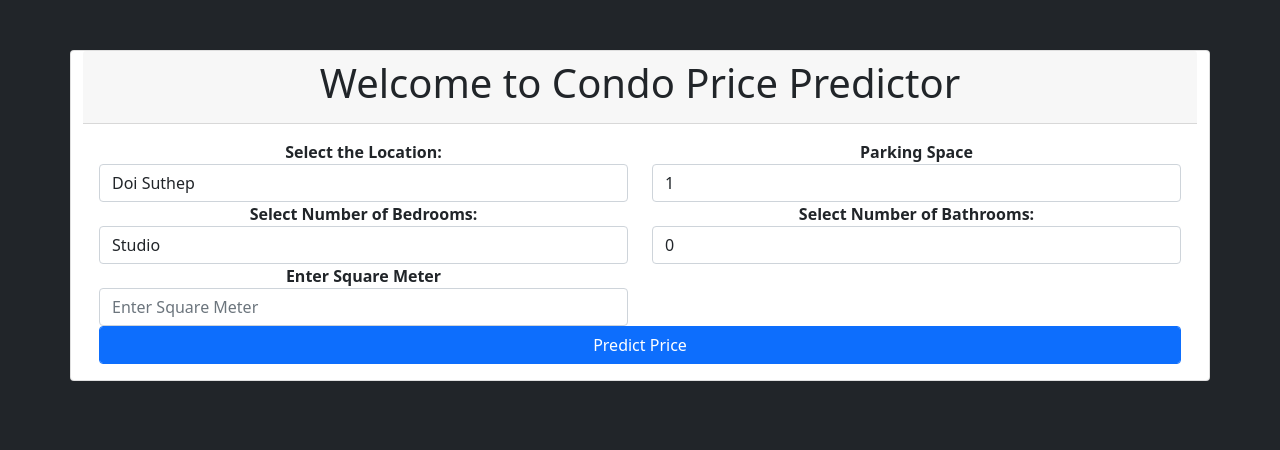
Repository: myothida/condoprice_CNX
Page: http://localhost/
An editor plug-in stored every save of this project. The page is shown before and after the next save, followed by the edit.
The browser window is 1280 px wide. The pictures show the whole page.
The page is served by the project's application, run on Flask 3 (main.py).

Above is the page before, as saved 2023-09-26 22:11:11.

After the next save:
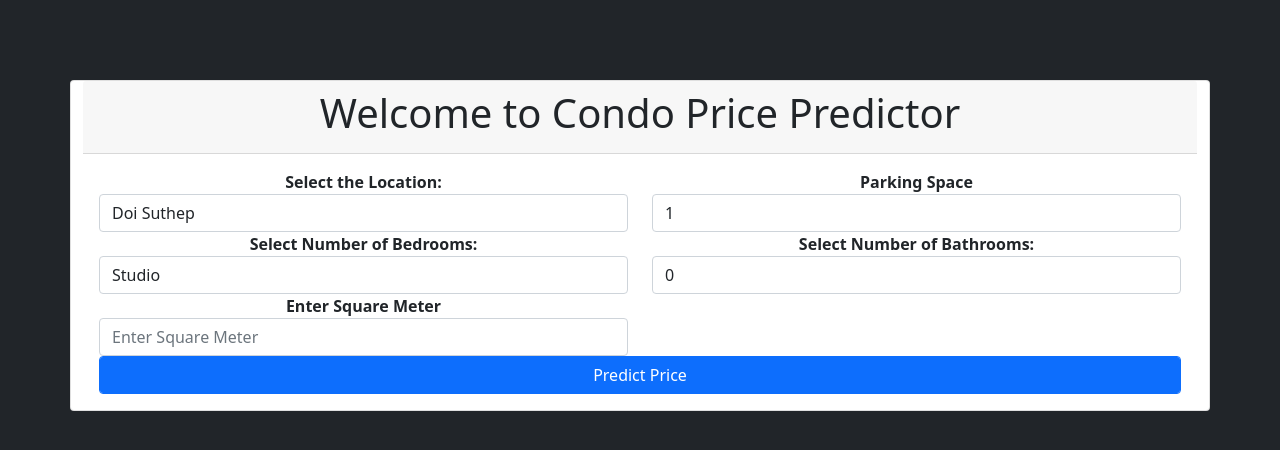
Saved 23 s later.
--- a/templates/index.html
+++ b/templates/index.html
@@ -18,7 +18,7 @@
   <body class="bg-dark">
     <div class="container">
       <div class="row">
-        <div class="card" style="width: 100%; height: 100%; margin-top: 50px">
+        <div class="card" style="width: 100%; height: 100%; margin-top: 80px">
           <div class="card-header" style="text-align: center">
             <h1>Welcome to Condo Price Predictor</h1>
           </div>
